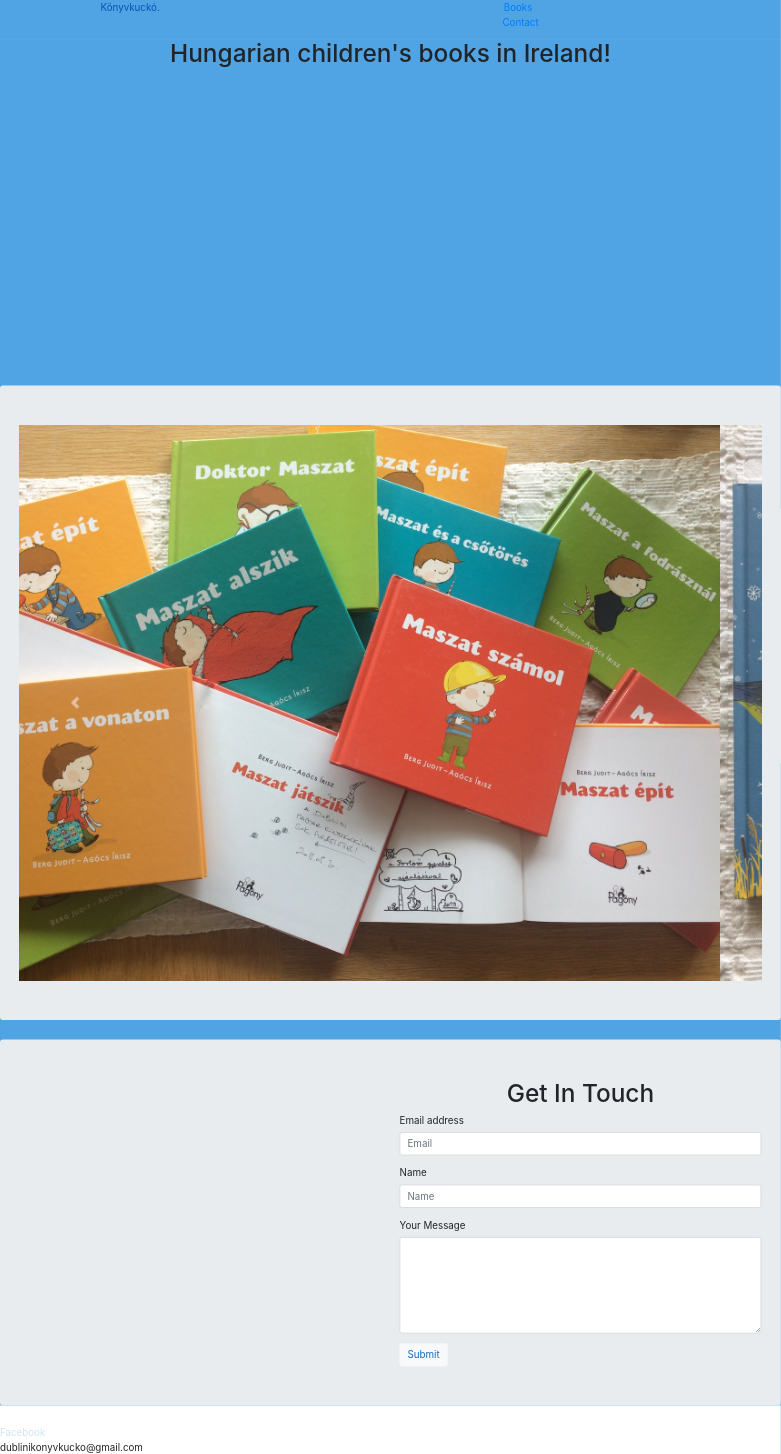
Repository: taikatta/Konyvkucko
Page: index.html
The author's editor kept a record of every edit. The page is drawn from the files as they stood at one moment, then again after the next edit.
The browser window is 1280 px wide. The pictures show the whole page, at 61% of full size.
Backgrounds fixed to the window are drawn as part of the page.

Above is the page before.

### index.html
<!DOCTYPE html>
<html lang="en">

<head>
    <meta charset="UTF-8">
    <meta name="viewport" content="width=device-width, initial-scale=1.0">
    <meta http-equiv="X-UA-Compatible" content="ie=edge">
    <link rel="stylesheet" href="https://stackpath.bootstrapcdn.com/bootstrap/4.3.1/css/bootstrap.min.css" type="text/css" />
    <link rel="stylesheet" href="https://stackpath.bootstrapcdn.com/font-awesome/4.7.0/css/font-awesome.min.css" type="text/css" />

    <link rel="stylesheet" href="css/style.css" type="text/css" />
    <title>Dublini Magyar Könyvkuckó</title>
</head>

<body>
    <header>
        <div class="row no-gutters">
            <a href="index.html" style="text-decoration: none" class="col-md-4 brand">Könyvkuckó.</a>
            <div class="col-md-8 d-none d-md-block">
                <div class="col">
                    <ul id="nav" class="list-inline menucontainer">
                        <li class="col-6 list-inline-item menuitem">
                            <a href="#books"><span>Books</span></a>
                        </li>
                        <li class="col-6 list-inline-item menuitem">
                            <a href="#contact"><span>Contact</span></a>
                        </li>
                    </ul>
                </div>
            </div>
        </div>
    </header>


    <section>
        <div class="home-background firstphoto">
            <h1 class="introduction">Hungarian children's books in Ireland!</h1>
        </div>


        <section id="books" class="jumbotron">
            <div id="carouselExampleControls" class="carousel slide" data-ride="carousel">
                <div class="carousel-inner">
                    <div class="carousel-item active">
                        <img class="d-block w-100" src="images/Maszat.jpg" alt="Maszat">
                    </div>
                    <div class="carousel-item">
                        <img class="d-block w-100" src="images/Lenge.jpg" alt="Lenge mesek">
                    </div>
                    <div class="carousel-item">
                        <img class="d-block w-100" src="images/Varro.jpg" alt="Varro Dani">
                    </div>
                </div>
                <a class="carousel-control-prev" href="#carouselExampleControls" role="button" data-slide="prev">
                <span class="carousel-control-prev-icon" aria-hidden="true"></span>
                <span class="sr-only">Previous</span>
             </a>
                <a class="carousel-control-next" href="#carouselExampleControls" role="button" data-slide="next">
                <span class="carousel-control-next-icon" aria-hidden="true"></span>
                <span class="sr-only">Next</span>
              </a>
            </div>
        </section>


       <!-- <div class="home-background secondphoto">
        </div> -->

        <section id="contact" class="jumbotron">
            <div class="row">
                <div class="col-sm-6"></div>
                <div class="col-xs-12 col-sm-6" id= "contactform" >
                    <h1 style="text-align: center">Get In Touch</h1>
                    <form>
                        <div class="form-group">
                            <label for="exampleFormControlInput1">Email address</label>
                            <input type="email" class="form-control" id="exampleFormControlInput1" placeholder="Email">
                        </div>
                        <div class="form-group">
                            <label for="exampleFormControlInput1">Name</label>
                            <input type="text" class="form-control" id="exampleFormControlInput1" placeholder="Name">
                        </div>

                        <div class="form-group">
                            <label for="exampleFormControlTextarea1">Your Message</label>
                            <textarea class="form-control" id="exampleFormControlTextarea1" rows="6"></textarea>
                        </div>
                        <button type="submit" class="btn btn-light" style="color: #116bba">Submit</button>
                    </form>

                </div>
            </div>

        </section>

      <!--  <div class="home-background thirdphoto">
        </div> -->

    </section>
    <footer>
        <div>
            <a href="https://www.facebook.com/konyvkucko/" target="_blank" style="text-decoration: none">
                <span style="color: #d4e3f2">Facebook</span></a>
            <br>
            <span>dublinikonyvkucko@gmail.com</span>
        </div>
    </footer>

    <script src="https://code.jquery.com/jquery-3.3.1.slim.min.js" integrity="sha384-q8i/X+965DzO0rT7abK41JStQIAqVgRVzpbzo5smXKp4YfRvH+8abtTE1Pi6jizo" crossorigin="anonymous"></script>
    <script src="https://cdnjs.cloudflare.com/ajax/libs/popper.js/1.14.7/umd/popper.min.js" integrity="sha384-UO2eT0CpHqdSJQ6hJty5KVphtPhzWj9WO1clHTMGa3JDZwrnQq4sF86dIHNDz0W1" crossorigin="anonymous"></script>
    <script src="https://stackpath.bootstrapcdn.com/bootstrap/4.3.1/js/bootstrap.min.js" integrity="sha384-JjSmVgyd0p3pXB1rRibZUAYoIIy6OrQ6VrjIEaFf/nJGzIxFDsf4x0xIM+B07jRM" crossorigin="anonymous"></script>

</body>

</html>

### css/style.css
@import url('https://fonts.googleapis.com/css?family=Montserrat&display=swap:100, 200, 300, 400, 500, 600, 700');

/*--------------------------------------------Colors*/

header {
    margin: 0;
    background-color: #51a4e3; /* #1d7fcf; */
    text-align: center;
}


.introduction {
    text-align: center;
    height: 560px;

}

section {
    background-color: #51a4e3;
}

html {
  scroll-behavior: smooth;
}
/*
#contact {
    width: 600px;
    margin: 20px auto;
    color: #116bba;
}


.home-background {
    color: #d4e3f2;
    height: 100vh;
    background-position: center;
    -webkit-background-size: cover;
    -moz-background-size: cover;
    -o-background-size: cover;
    background-size: cover;
    display: flex;
    align-items: center;
    justify-content:center;
    position: relative;
}

.firstphoto {
    background: url("../images/deansgrange1.jpg") no-repeat center fixed;
}

.secondphoto {
    background: url("../images/deansgrange4.jpg") no-repeat center fixed;
}

.thirdphoto {
    background: url("../images/deansgrange3.jpg") no-repeat center fixed;
}

.list-inline-item:not(:last-child) {
    margin: 0;
}

.jumbotron {
    margin: 0;
    background-color: #8cc4ec;
}
.menucontainer {
    font-size: 0;
    min-height: 60px;
}

.menuitem a {
    width: 100%;
    text-decoration: none;
}

#nav li {
    font-family: "Montserrat", sans-serif;
    font-weight: 200;
    font-size: 28px;
    margin-top: 10px;
    margin-bottom: 10px;
    text-align: center;
}

#nav span {
    color: #d4e3f2;
}

.brand {
    color: #d4e3f2;
    font-family: "Montserrat", sans-serif;
    font-weight: 200;
    font-size: 28px;
    margin-top: 10px;
    margin-bottom: 10px;
    text-align: center;
}

.brand:hover {
    color: #d4e3f2;
}

#nav {
    margin: 0;
}


.page-title h1 {
    padding-top: 10px;
    text-align: center;
}

.container {
    padding: 10px 0;
    background-color: #d4e3f2;

}

#button1, #button2, #button3, #button4 {
    margin-top: 10px;
    margin-bottom: 10px;
}

footer  {
    font-family: "Montserrat", sans-serif;
    font-weight: 100;
    font-size: 20px;
    color: #d4e3f2;
    background-color: #51a4e3;
    text-align: center;
    margin: 0;
}

After the next edit:
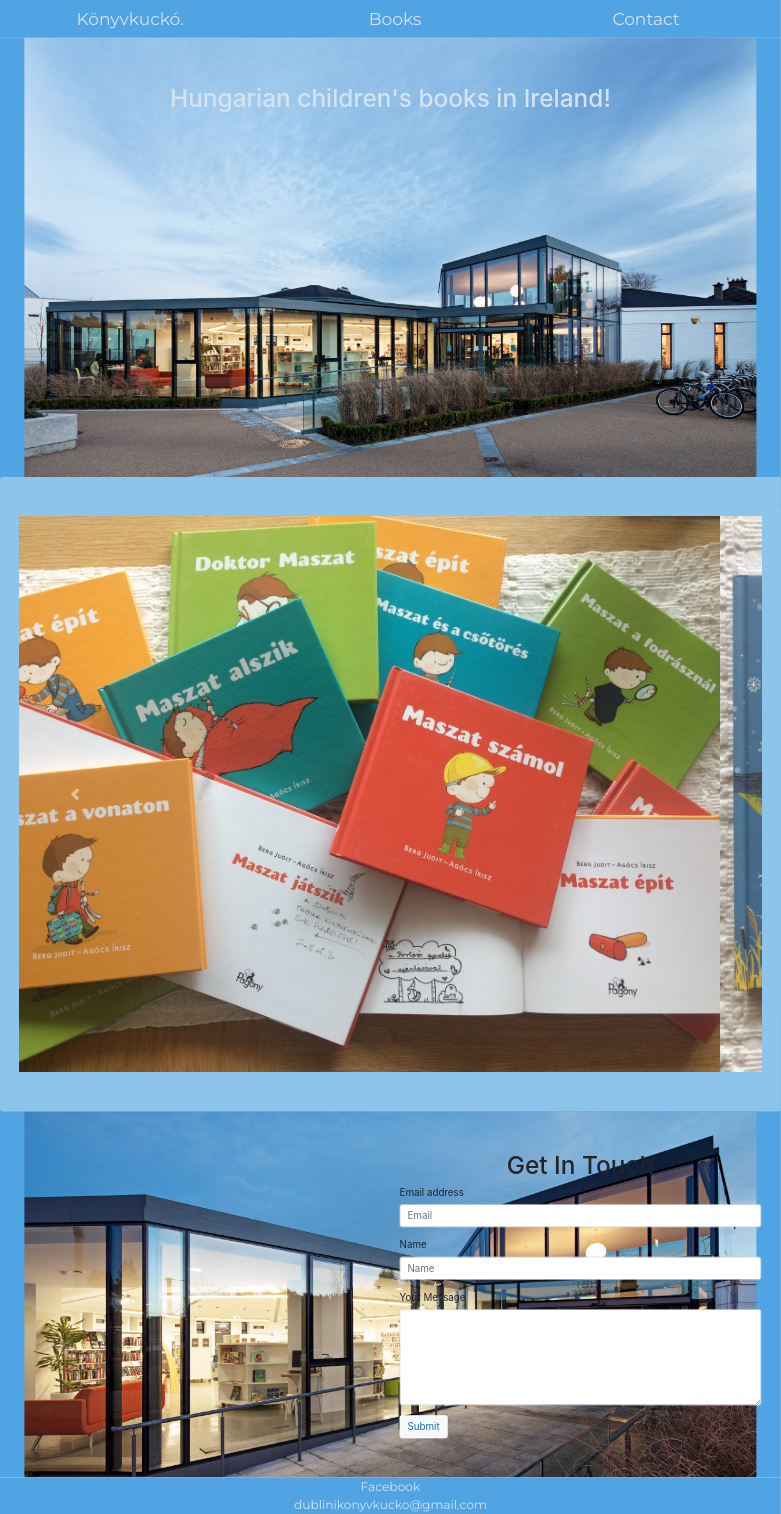
The edit:
--- a/css/style.css
+++ b/css/style.css
@@ -27,6 +27,10 @@
     width: 600px;
     margin: 20px auto;
     color: #116bba;
+} */
+
+#contact {
+    background: url("../images/deansgrange3.jpg") no-repeat center fixed;
 }
 
 

After the 3 edits that followed:
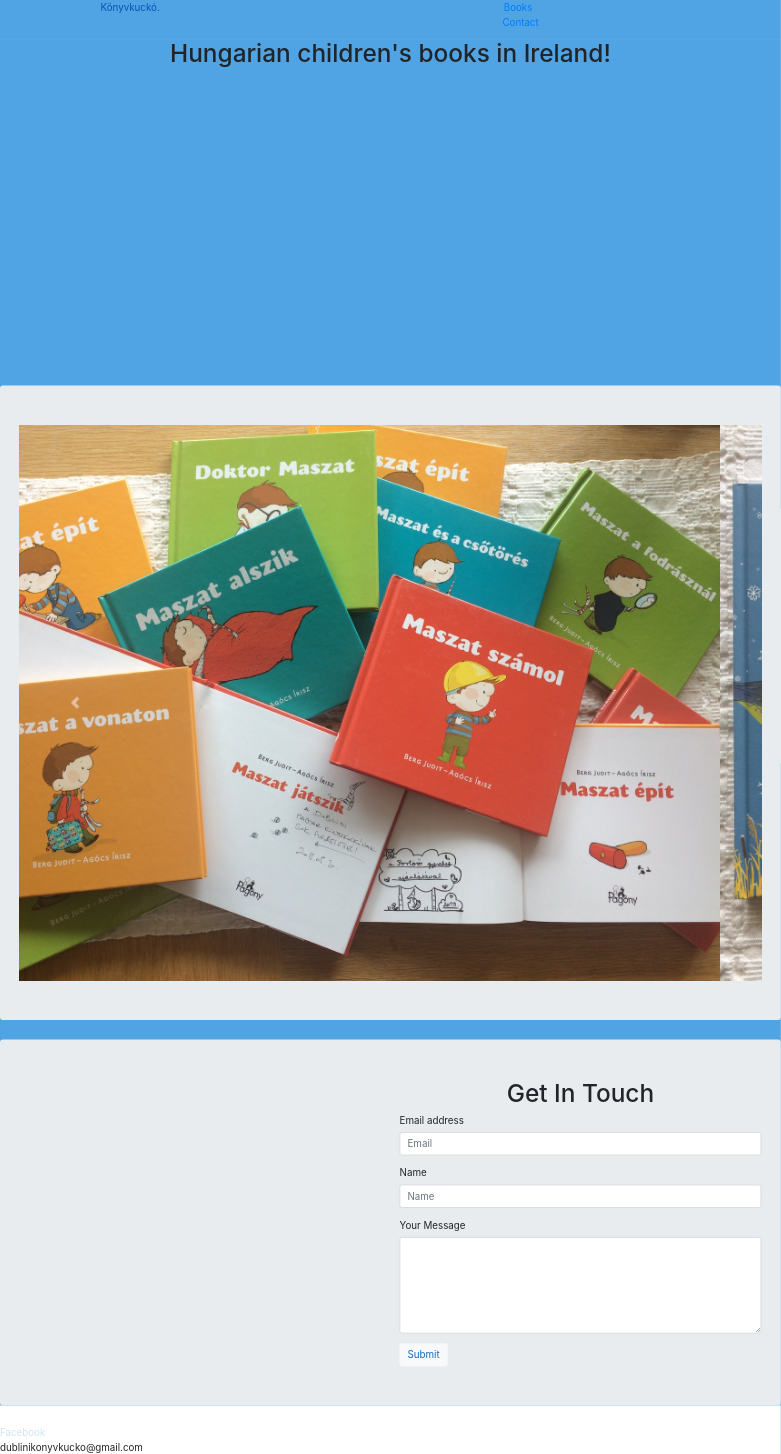
The 3 edits are shown as one change because 2 left the picture as it was.
The edit:
--- a/css/style.css
+++ b/css/style.css
@@ -23,11 +23,11 @@
   scroll-behavior: smooth;
 }
 /*
-#contact {
-    width: 600px;
+#contactform {
+
     margin: 20px auto;
     color: #116bba;
-} */
+}
 
 #contact {
     background: url("../images/deansgrange3.jpg") no-repeat center fixed;
@@ -56,9 +56,7 @@
     background: url("../images/deansgrange4.jpg") no-repeat center fixed;
 }
 
-.thirdphoto {
-    background: url("../images/deansgrange3.jpg") no-repeat center fixed;
-}
+
 
 .list-inline-item:not(:last-child) {
     margin: 0;
